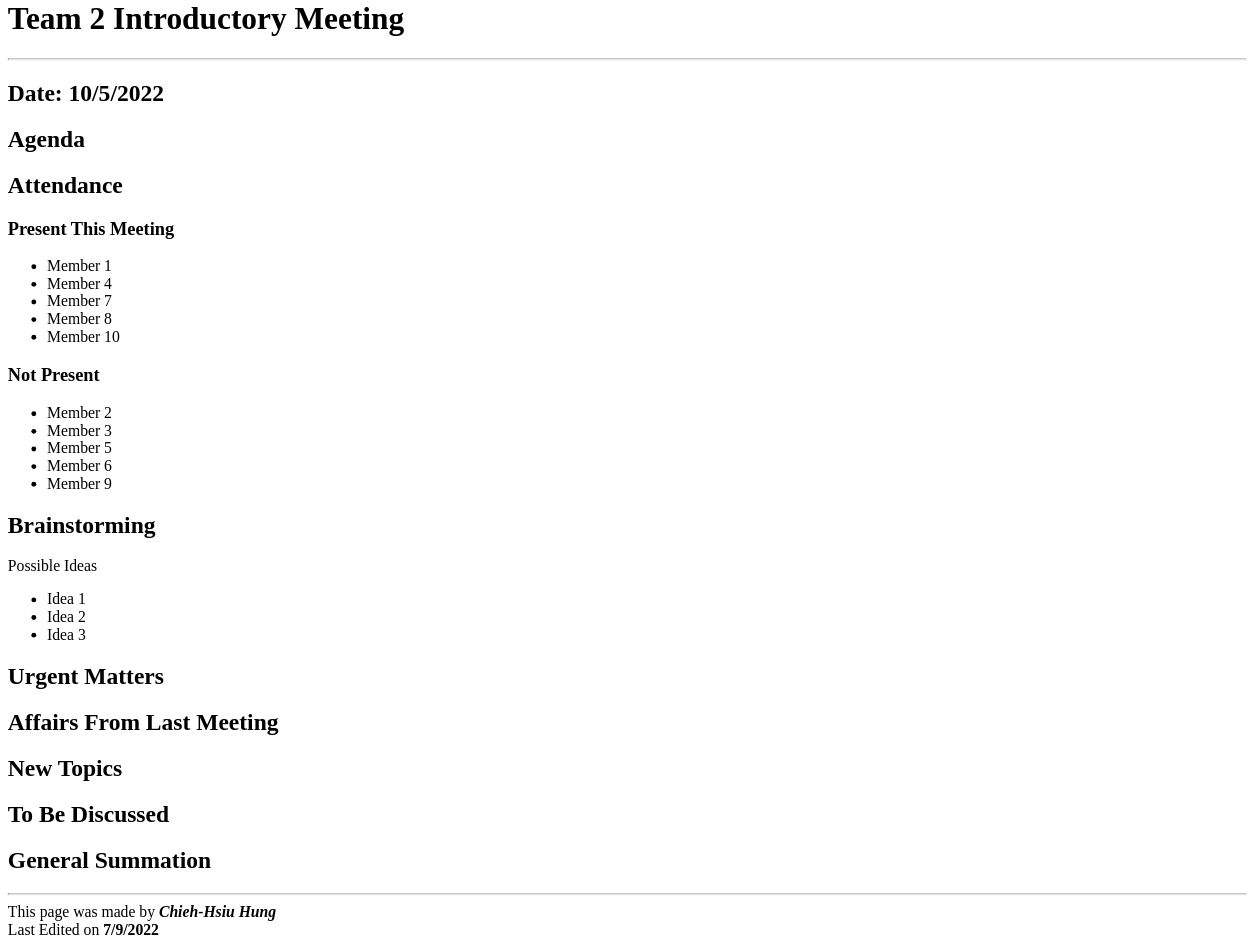
Repository: Chieh0501/fa22-cse110-lab3
Page: index.html
These files come from the project's save history. The page is drawn as it stood at one moment and after the next save; the edit follows.
The browser window is 1280 px wide. The pictures show the part of the page from y = 368 to 1334 px (the page is 1334 px tall before and 1321 px after), at 98% of full size.
A picture or video elsewhere on the page could not be fetched, so the positions and the page height are approximate.

Above is the page before, as saved 2022-10-05 11:59:14.

After the next save:
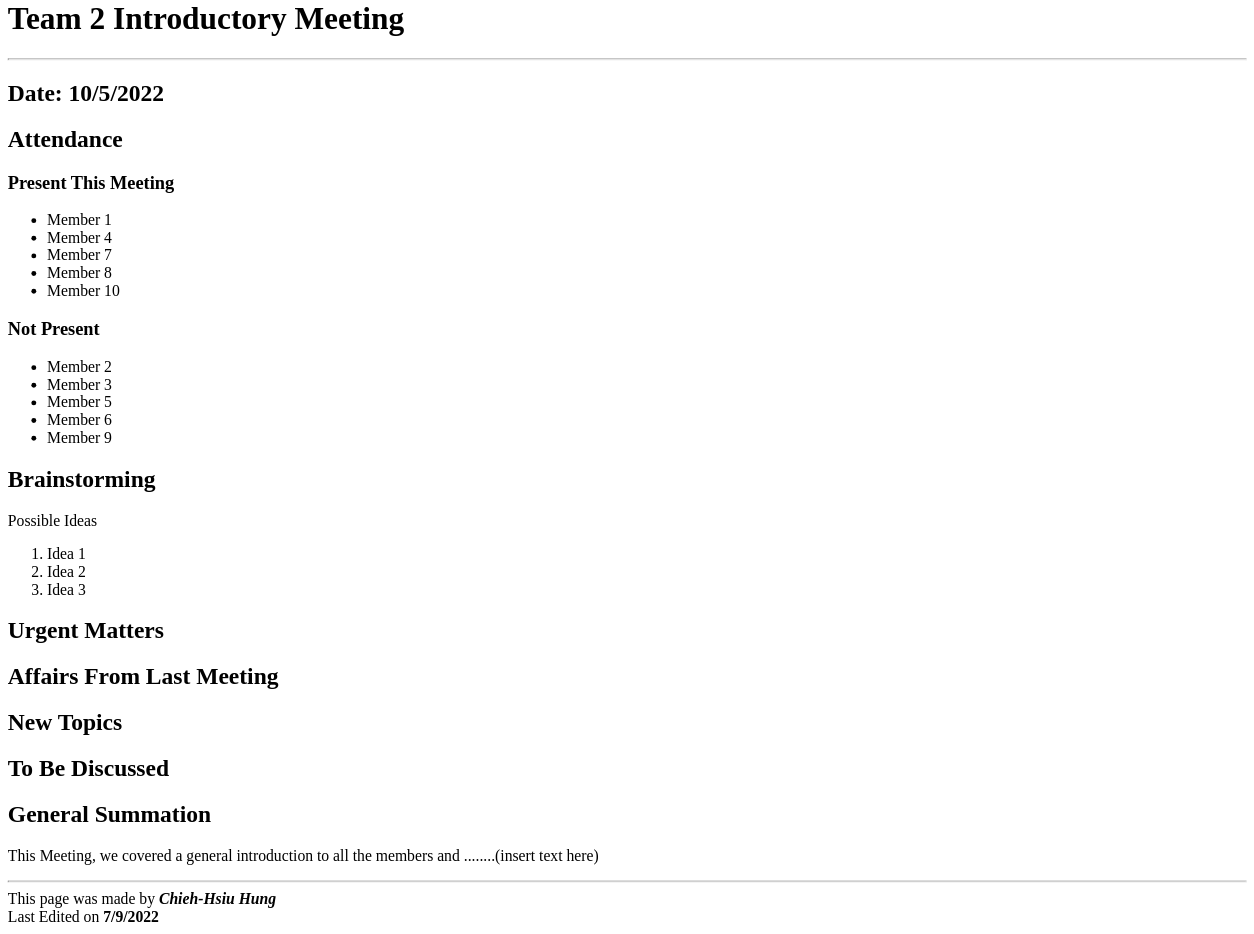
Saved 2 min 14 s later.
--- a/index.html
+++ b/index.html
@@ -40,10 +40,6 @@
 		<h1 id="top">Team 2 Introductory Meeting</h1>
 		<hr />
 		<h2>Date: 10/5/2022</h2>
-		<section>
-			<h2>Agenda</h2>
-
-		</section>
 		<section>
 			<h2>Attendance</h2>
 			<!-- <form>
@@ -90,11 +86,11 @@
 		<section>
 			<h2>Brainstorming</h2>
 			<div>Possible Ideas</div>
-			<ul>
+			<ol>
 				<li>Idea 1</li>
 				<li>Idea 2</li>
 				<li>Idea 3</li>
-			  </ul>
+			  </ol>
 		</section>
 		<section>
 			<h2>Urgent Matters</h2>
@@ -110,6 +106,7 @@
 		</section>
 		<section>
 			<h2>General Summation</h2>
+			<p>This Meeting, we covered a general introduction to all the members and ........(insert text here)</p>
 		</section>
 	</main>
 
